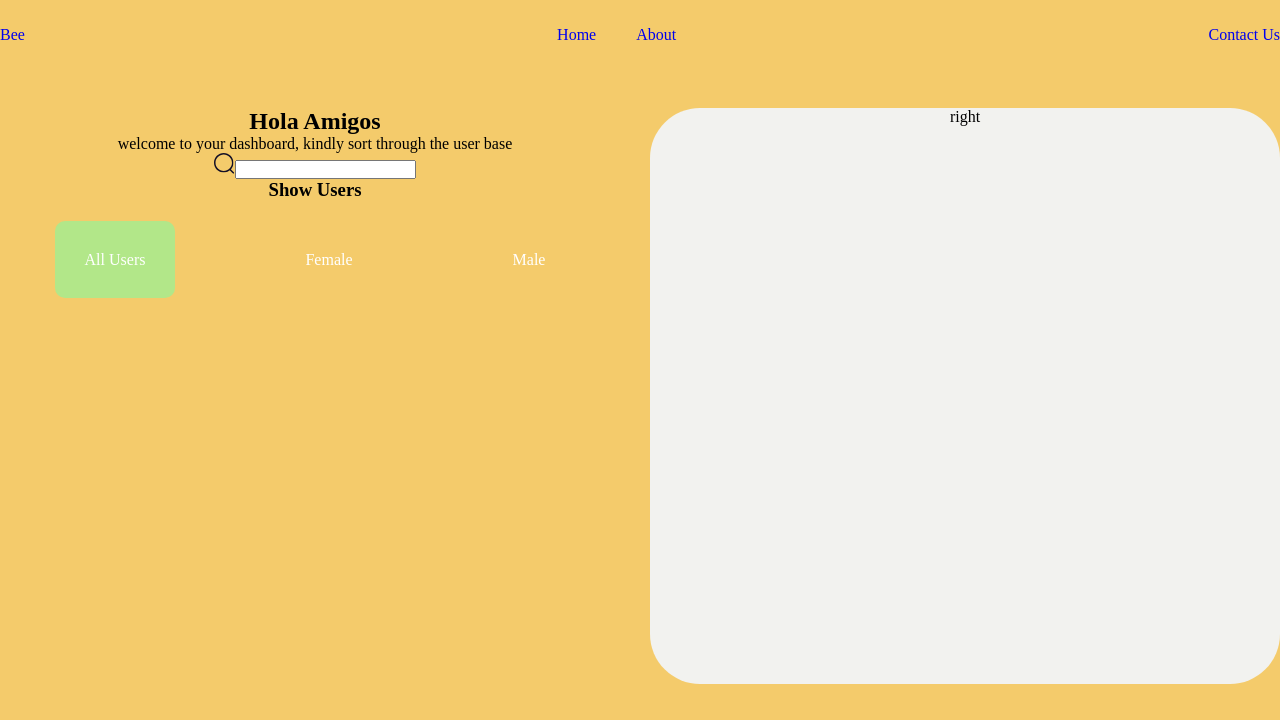
Repository: ble-syn/Random-user-generator-app
Page: /
An editor plug-in stored every save of this project. The page is shown before and after the next save, followed by the edit.
The browser window is 1280 px wide. The pictures show the whole page.
The project was rebuilt for these pictures with package versions that can differ from the ones it lists, and the page was loaded fresh each time. Also part of the build but not shown: src/pages/About.jsx, src/pages/Policy.jsx, src/pages/Terms.jsx, src/pages/Contact.jsx, src/pages/NotFound.jsx.

Above is the page before, as saved 2022-10-26 00:59:24.

After the next save:
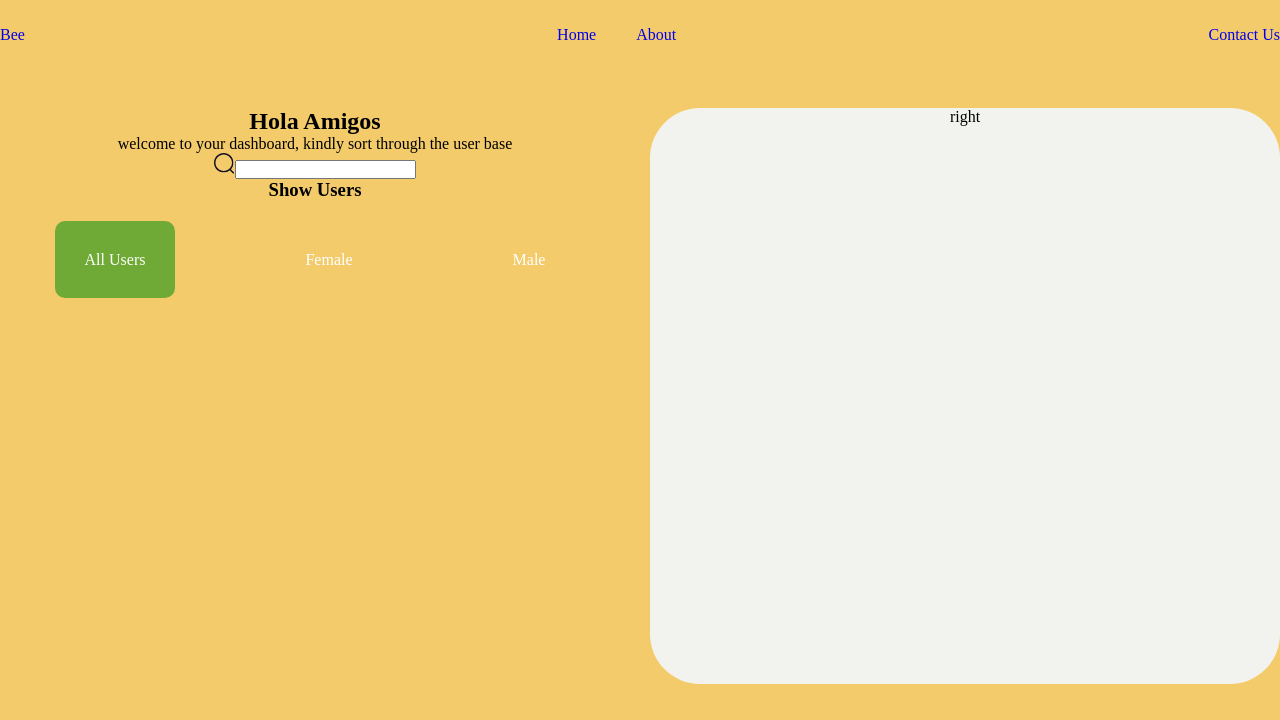
Saved 32 s later.
--- a/src/index.css
+++ b/src/index.css
@@ -45,7 +45,7 @@ nav {
   color: #FFF;
 }
 .all-user {
-  background-color: #B2E789;
+  background-color: #6EAA35;
 }
 .female-user{
 
